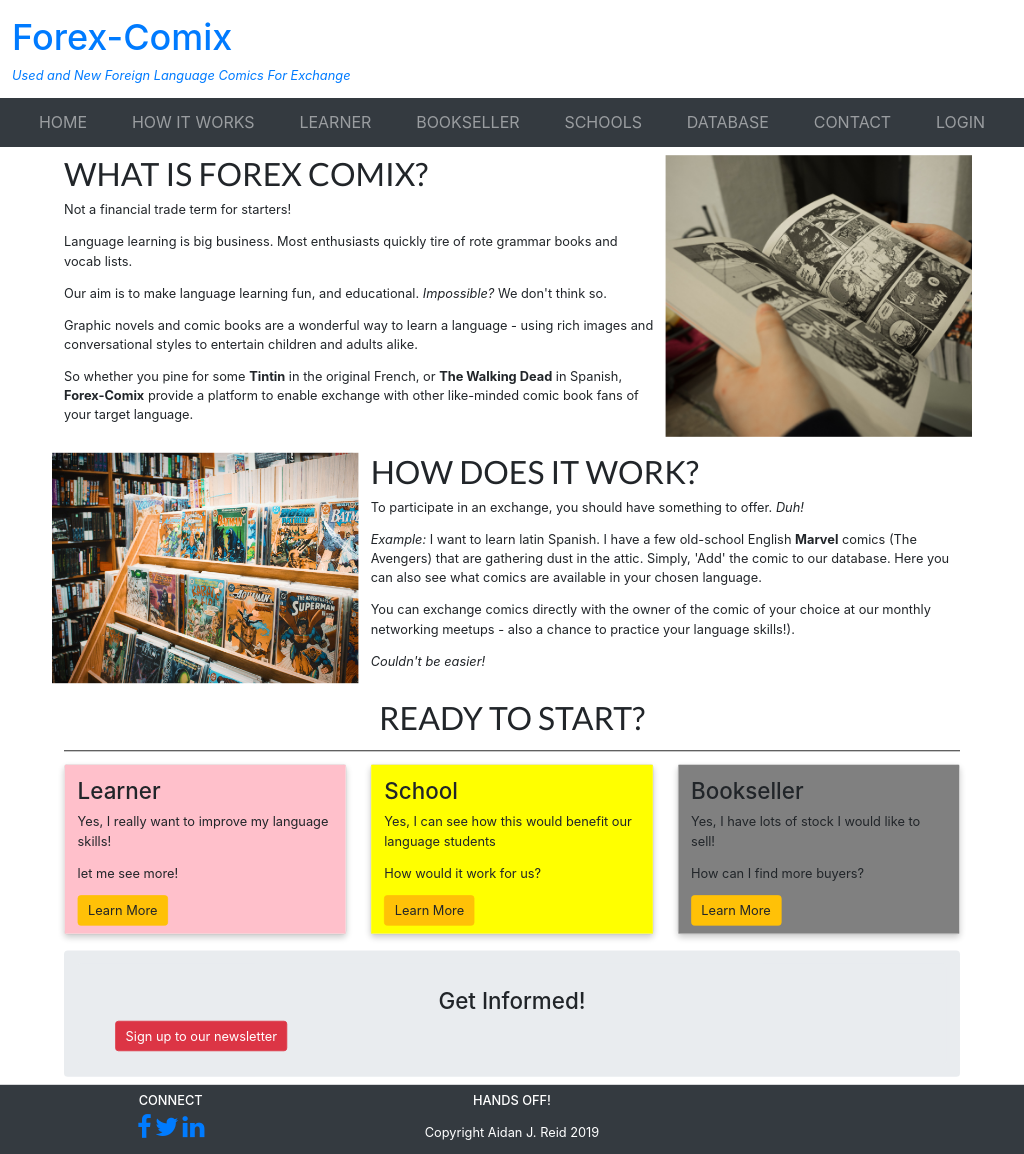
Repository: AidanJReid/Forex-Comix
Page: index.html
The author's editor kept a record of every edit. The page is drawn from the files as they stood at one moment, then again after the next edit.
The browser window is 1280 px wide. The pictures show the whole page, at 80% of full size.

Above is the page before.

### index.html
<!DOCTYPE html>
<html lang="en">

<head>
    <meta charset="UTF-8">
    <meta name="viewport" content="width=device-width, initial-scale=1.0">
    <meta http-equiv="X-UA-Compatible" content="ie=edge">
    <link rel="stylesheet" href="https://stackpath.bootstrapcdn.com/bootstrap/4.3.1/css/bootstrap.min.css" integrity="sha384-ggOyR0iXCbMQv3Xipma34MD+dH/1fQ784/j6cY/iJTQUOhcWr7x9JvoRxT2MZw1T" crossorigin="anonymous">
    <link rel="stylesheet" href="https://stackpath.bootstrapcdn.com/font-awesome/4.7.0/css/font-awesome.min.css" type="text/css" />
    <link href="https://fonts.googleapis.com/css?family=Lato:300i,400,400i,700,700i&display=swap" rel="stylesheet">
    <script src="https://ajax.googleapis.com/ajax/libs/jquery/3.4.1/jquery.min.js"></script>
    <script src="https://cdnjs.cloudflare.com/ajax/libs/popper.js/1.14.7/umd/popper.min.js"></script>
    <script src="https://maxcdn.bootstrapcdn.com/bootstrap/4.3.1/js/bootstrap.min.js"></script>
    <link rel="stylesheet" href="assets/css/style.css" type="text/css" />
    <title>Forex-Comix</title>
</head>

<body>
    <header id="home">
        <div class="container-fluid">
            <div class="row">
                <div class="col">
                    <a href="index.html">
                        <h4 id="Name">Forex-Comix</h4>
                        <p id="subtitle"><em>Used and New Foreign Language Comics For Exchange</em></p>
                    </a>
                </div>
            </div>
        </div>

        <nav class="navbar bg-dark navbar-dark navbar-expand-sm sticky-top" id="navbar">
            <button class="navbar-toggler" type="button" data-toggle="collapse" data-target="#collapsibleNavbar">
                <span class="navbar-toggler-icon"></span>
                </button>
            <div class="collapse navbar-collapse justify-content-center" id="collapsibleNavbar">
                <ul class="navbar-nav">
                    <li class="nav-item">
                        <a href="#home" class="nav-link">Home</a>
                    </li>
                    <li class="nav-item">
                        <a href="#welcome" class="nav-link">How it Works</a>
                    </li>
                    <li class="nav-item">
                        <a href="#books" class="nav-link">Learner</a>
                    </li>
                    <li class="nav-item">
                        <a href="#blog" class="nav-link">Bookseller</a>
                    </li>
                    <li class="nav-item">
                        <a href="#free" class="nav-link">Schools</a>
                    </li>
                    <li class="nav-item">
                        <a href="#form" class="nav-link">Database</a>
                    </li>
                    <li class="nav-item">
                        <a href="#form" class="nav-link">Contact</a>
                    </li>
                    <li class="nav-item">
                        <a href="#form" class="nav-link">Login</a>
                    </li>
                </ul>
            </div>
        </nav>

    </header>
    <div class="container-fluid" id="body-bg">
        <div class="container bio" id="what">
            <div class="row">
                <div class="col-xs-12 col-md-8">
                    <h1>What is Forex Comix?</h1>

                    <p>Not a financial trade term for starters!</p>

                    <p>Language learning is big business. Most enthusiasts quickly tire of rote grammar books and vocab lists.</p>

                    <p>Our aim is to make language learning fun, and educational. <em>Impossible?</em> We don't think so.</p>

                    <p>Graphic novels and comic books are a wonderful way to learn a language - using rich images and conversational styles to entertain children and adults alike.</p>

                    <p>So whether you pine for some <strong>Tintin</strong> in the original French, or <strong>The Walking Dead</strong> in Spanish, <strong>Forex-Comix</strong> provide a platform to enable exchange with other like-minded comic book fans
                        of your target language.</p>
                </div>
                <div class="d-none d-md-block col-md-4 blackwhite">
                </div>
            </div>
        </div>
        <div class="container how" id="how">
            <div class="row">
                <div class="d-none d-md-block col-md-4 stand">
                </div>
                <div class="col-xs-12 col-md-8">
                    <h1>How does it work?</h1>
                    <p>To participate in an exchange, you should have something to offer. <em>Duh!</em></p>

                    <p><em>Example:</em> I want to learn latin Spanish. I have a few old-school English <strong>Marvel</strong> comics (The Avengers) that are gathering dust in the attic. Simply, 'Add' the comic to our database. Here you can also see what comics are available
                        in your chosen language.</p>

                    <p>You can exchange comics directly with the owner of the comic of your choice at our monthly networking meetups - also a chance to practice your language skills!).</p>

                    <p><em>Couldn't be easier!</em></p>
                </div>
            </div>
        </div>
        <div class="container profiles" id="profiles">
            <h1 class="ready-header">Ready to start?</h1>
            <hr class="hr-main-sections">
            <div class="row">
                <div class="col-md-4">
                    <div class="card">
                        <div class="container-item" id="learner">
                            <h3>Learner</h3>
                            <p>Yes, I really want to improve my language skills!</p>
                            <p>let me see more!</p>
                            <div id="button">
                                <a href="blog1.html" type="button" class="btn btn-warning">Learn More</a>
                            </div>
                        </div>
                    </div>
                </div>

                <div class="col-md-4">
                    <div class="card">
                        <div class="container-item" id="school">
                            <h3>School</h3>
                            <p>Yes, I can see how this would benefit our language students</p>
                            <p>How would it work for us?</p>
                            <div id="button">
                                <a href="blog2.html" type="button" class="btn btn-warning">Learn More</a>
                            </div>
                        </div>
                    </div>
                </div>

                <div class="col-md-4">
                    <div class="card">
                        <div class="container-item" id="bookseller">
                            <h3>Bookseller</h3>
                            <p>Yes, I have lots of stock I would like to sell!</p>
                            <p>How can I find more buyers?</p>
                            <div id="button">
                                <a href="blog3.html" type="button" class="btn btn-warning">Learn More</a>
                            </div>
                        </div>
                    </div>
                </div>
            </div>
        </div>
        <div class="container nl" id="nl">
            <div class="jumbotron scroll text-left">
                <div class="jumbotron row">
                    <div class="col">
                        <h3>Get Informed!</h3>
                        <a href="" type="button" class="btn btn-danger btn-md" id="subscribe" target="_blank">Sign up to our newsletter</a>
                    </div>
                </div>
            </div>
        </div>
    </div>
    <div class="container-fluid footer footer-dark bg-dark">
        <footer="container">
            <div class="row">
                <div class="col-sm-4 foot-col">
                    <h6>Connect</h6>
                    <a href="https://www.facebook.com/aidanjreidauthor/" target="_blank"><i class="fa fa-facebook fa-2x"></i></a>
                    <a href="http://www.twitter.com/aidanjreid" target="_blank"><i class="fa fa-twitter fa-2x"></i></a>
                    <a href="https://www.linkedin.com/in/aidanreid/" target="_blank"><i class="fa fa-linkedin fa-2x"></i></a>
                </div>
                <div class="col-sm-4 foot-col">
                    <h6>Hands off!</h6>
                    <p>Copyright Aidan J. Reid 2019</p>
                </div>
            </div>
            </footer>
    </div>
</body>

</html>

### assets/css/style.css
/* Home Page */

.blackwhite {
    background:url("../images/black.jpg");
    background-size: cover;
}

.stand {
    background:url("../images/stand.jpg");
    background-size: cover;
}


/* --------------------------- MISC/FONTS */

.container {
    padding: 10px;
}

/* --------------------------- MISC/FONTS */

.ready-header {
    text-align: center;
}

/* --------------------------- PROFILE SECTION */

#learner {
    background-color: pink;
}

#school {
    background-color: yellow;
}

#bookseller {
    background-color: grey;
}

/* --------------------------- PROFILE SECTION */

.jumbotron {
    text-align: center;
}

button {
    text-align: center;
    position: center;
}



/* --------------------------- MISC/FONTS */

/*#body-bg {*/
/*    background:url("../images/wall.jpg");*/
/*    background-size: contain;*/
/*    background-repeat: repeat;*/
/*}*/

h1 {
    font-family: 'Lato', sans-serif; /*link to style in html head*/
    text-transform: uppercase;
}

/* --------------------------- HEADER */

header {
    margin: 0px;
}

#Name {
    display: inline-block;
    font-size: 45px;
    width: 100%;
    padding-top: 20px;
}

.logo a {
    text-shadow: 0 0 5px #FF0000, 0 0 5px #0000FF;
    text-transform: uppercase;
    color: white;
}

.logo {
    background-color: black;
    font-family: 'Lato', sans-serif;
}

#Title {
    font-size: 18px;
    float: right;
}



/* --------------------------- NAV BAR */

.nav-item a {
    color: #f2f2f2;
    text-align: center;
    text-decoration: none;
    font-size: 20px;
    margin: 0 20px;
    text-transform: uppercase;

}

/*----------------------- BLOG section*/

.card {
  box-shadow: 0 4px 8px 0 rgba(0,0,0,0.2);
  transition: 0.3s;
  border-radius: 5px;
}

.card:hover {
  box-shadow: 0 8px 16px 0 rgba(0,0,0,0.2);
}

.container-item {
  padding: 2px 16px 10px 16px;
}

/* images and attributes in separate blog section below */

.blog-images {
    height: 250px;
    background-size: cover;
}

.blog-content {
    padding: 15px 0px 15px 0px;
}

h3 {
    padding-top: 15px;
}

/* blog container section*/

.blog {
    background-color: white;
    padding: 20px;
    margin-top: 20px;
}

.btn-warning a {
    text-decoration: none;
}

/*----------------------- FREE section*/

/* book background img - href="https://unsplash.com/photos/Oaqk7qqNh_c */

.free {
    background:url("../images/book-bg.jpg");
    padding: 20px;
    background-attachment: fixed;
    background-position: center;
    background-repeat: no-repeat;
    background-size: cover;
    margin-top: 20px;
}

.jumbotron {
    padding: 16px 32px;
    margin-bottom: 0;
}

.fright {
    text-align: right;
}

#subscribe {
    float: left;
}

.btn-danger a {
    color: white;
    text-decoration: none;
}

.hr-main-sections {
    background-color: black;
}

/*----------------------- FOOTER section*/

.footer p {
    color: white;
    padding-top: 10px;
}

.footer h6 {
    text-transform: uppercase;
    color: white;
    padding-top: 10px;
}

.foot-col {
    text-align: center;
}

After the next edit:
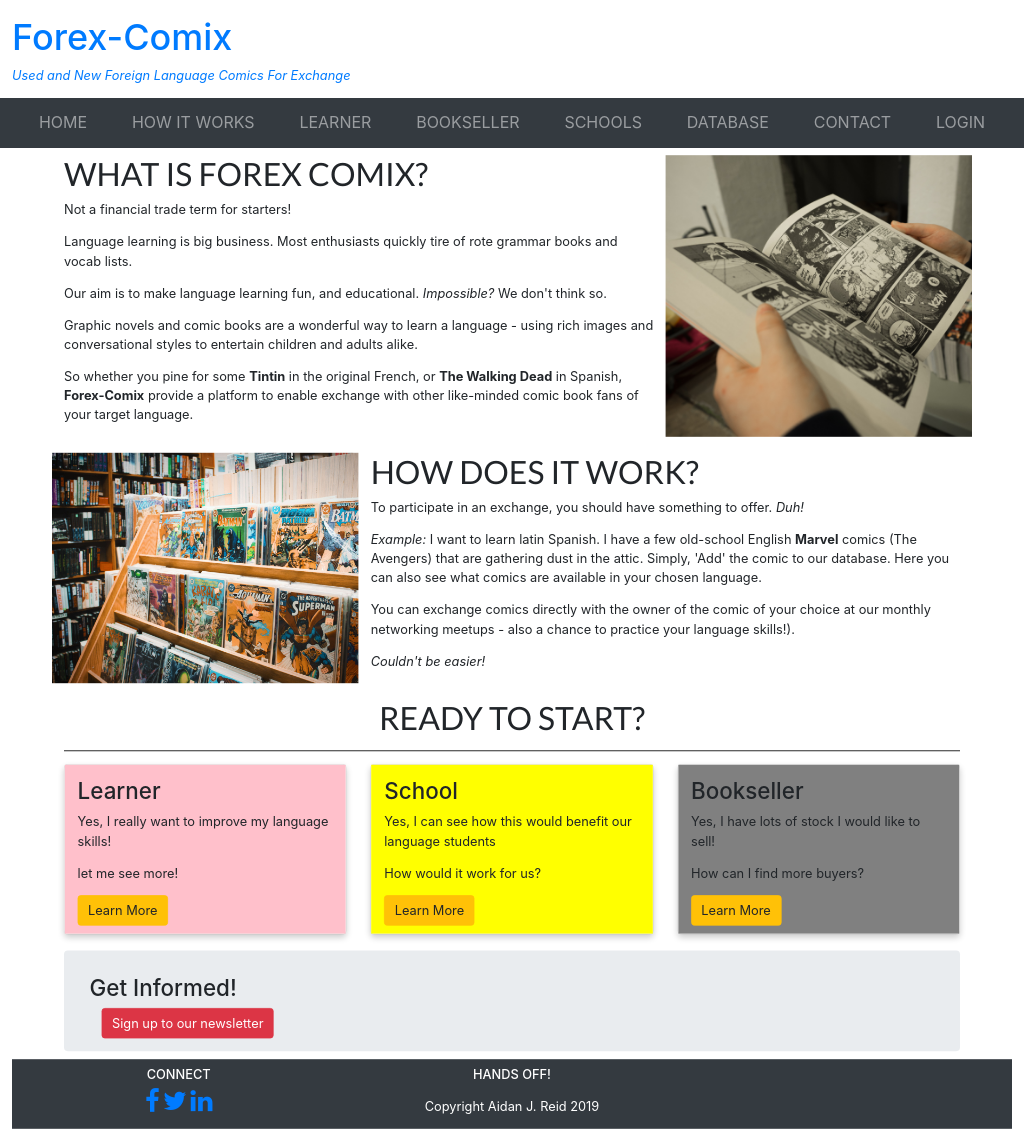
The edit:
--- a/index.html
+++ b/index.html
@@ -147,9 +147,10 @@
         </div>
         <div class="container nl" id="nl">
             <div class="jumbotron scroll text-left">
-                <div class="jumbotron row">
+                <div class="row">
                     <div class="col">
                         <h3>Get Informed!</h3>
+                    <div class="col">
                         <a href="" type="button" class="btn btn-danger btn-md" id="subscribe" target="_blank">Sign up to our newsletter</a>
                     </div>
                 </div>

After the edit that followed:
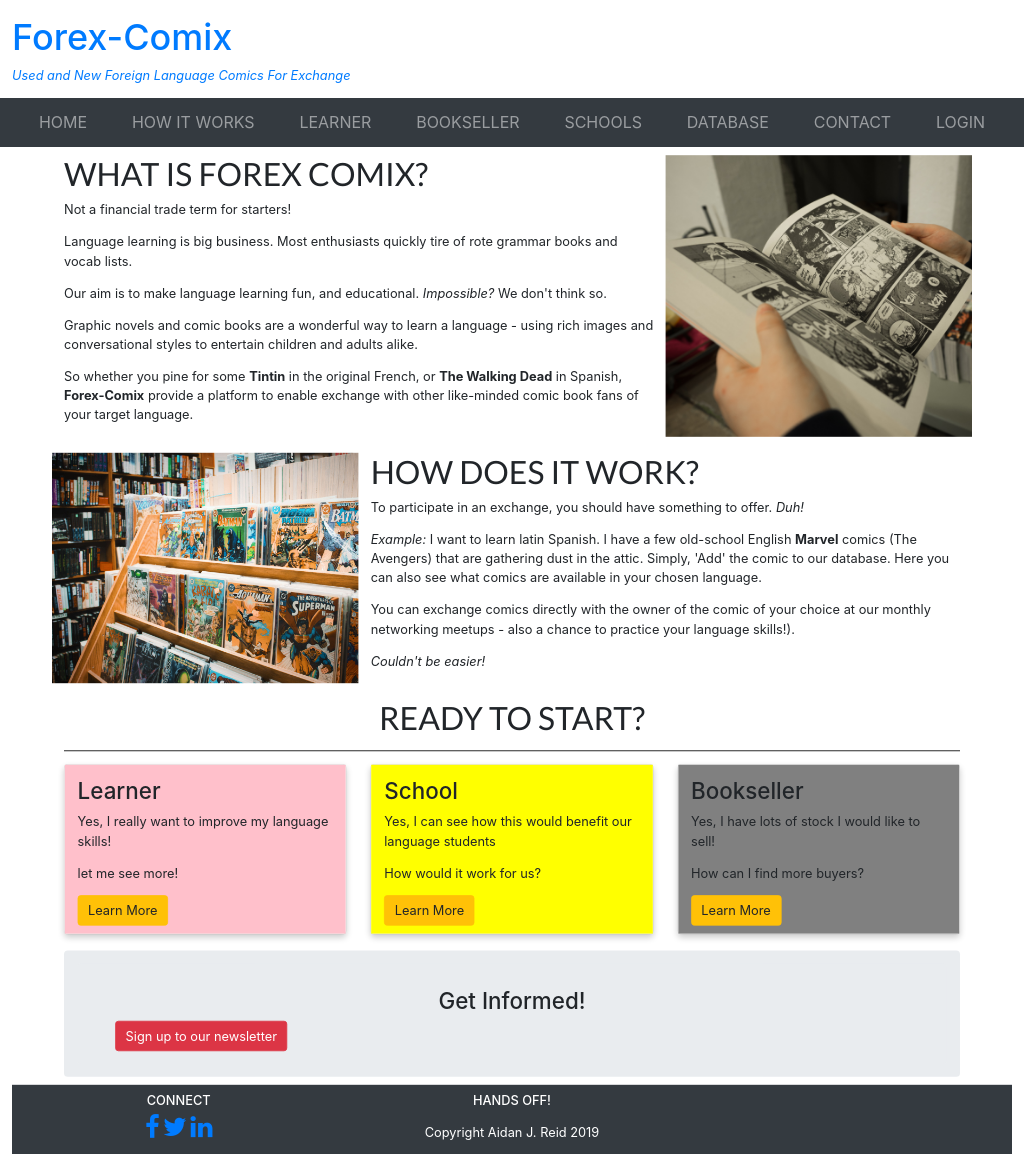
The edit:
--- a/index.html
+++ b/index.html
@@ -148,7 +148,7 @@
         <div class="container nl" id="nl">
             <div class="jumbotron scroll text-left">
                 <div class="row">
-                    <div class="col">
+                    <div class="jumbotron col">
                         <h3>Get Informed!</h3>
                     <div class="col">
                         <a href="" type="button" class="btn btn-danger btn-md" id="subscribe" target="_blank">Sign up to our newsletter</a>
